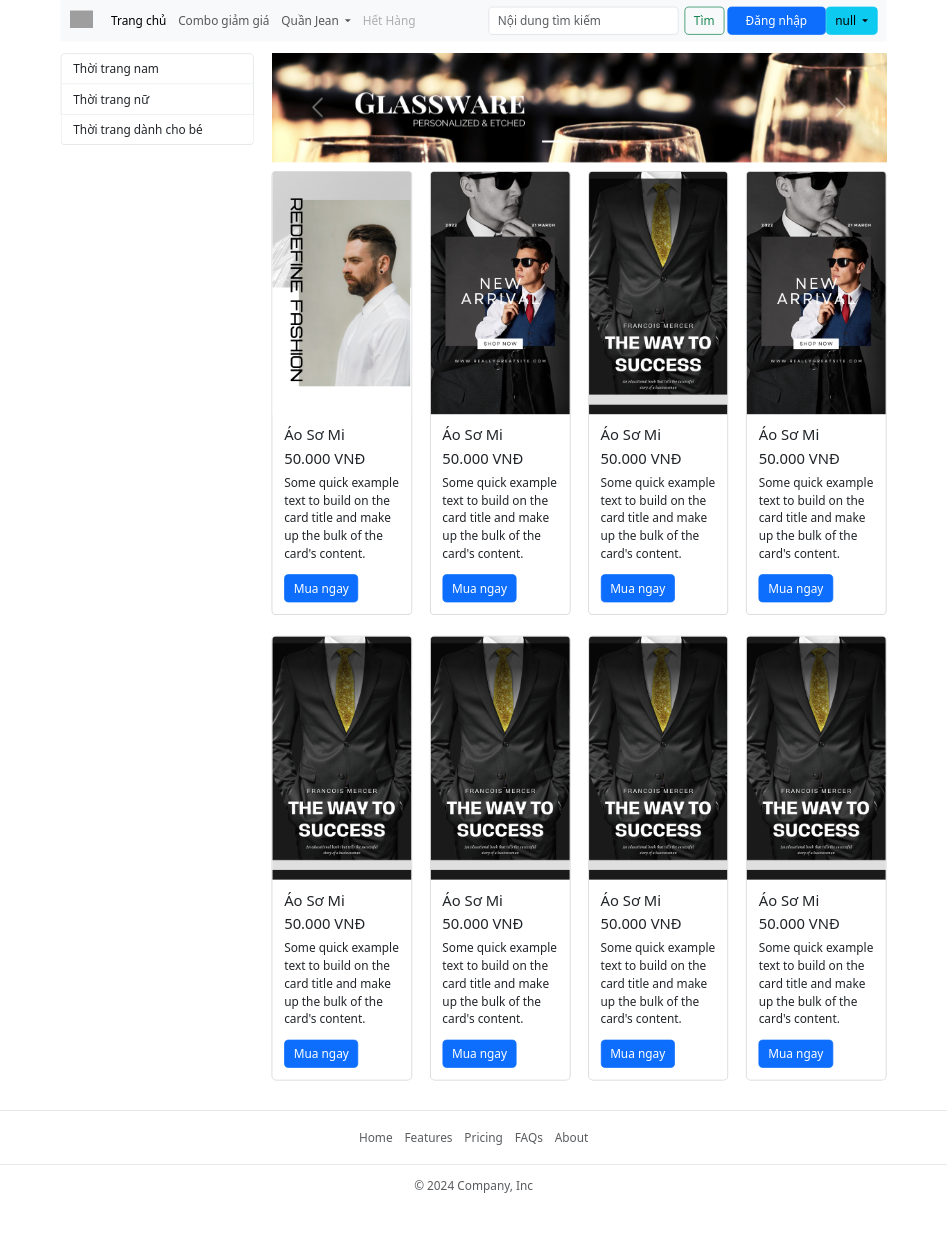
Repository: wuubangdev/bookstore-servlet-jsp
Page: http://localhost/Bai32_WebBanSach_/
These files come from the project's save history. The page is drawn as it stood at one moment and after the next save; the edit follows.
The browser window is 1280 px wide. The pictures show the whole page, at 74% of full size.
Pictures or frames that could not be fetched are drawn as grey boxes. The page is served by Tomcat 9.

Above is the page before, as saved 2024-03-24 10:37:54.

After the next save:
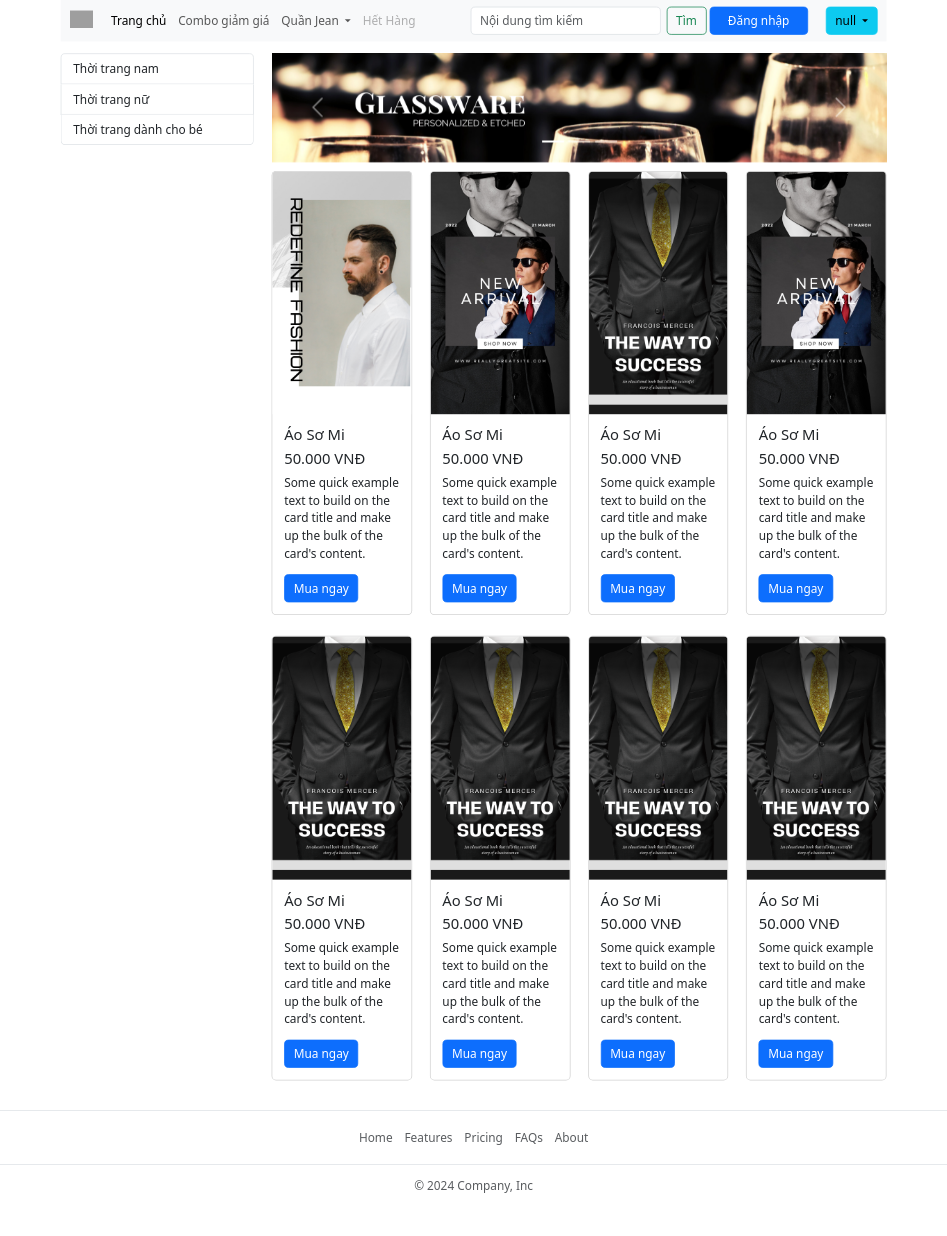
Saved 111 s later.
--- a/Bai32_WebBanSach_/src/main/webapp/index.jsp
+++ b/Bai32_WebBanSach_/src/main/webapp/index.jsp
@@ -61,7 +61,7 @@
 					<a class="btn btn-primary px-4" style="white-space: nowrap; margin-left: 4px;" href="login.jsp">Đăng nhập</a>
 					<%} else { %>
 					<%} %>
-					<div class="dropdown primary ml-4">
+					<div class="dropdown primary ms-4">
 					  <button class="btn btn-info dropdown-toggle" type="button" data-bs-toggle="dropdown" aria-expanded="false">
 					    <%=userName%>
 					  </button>
